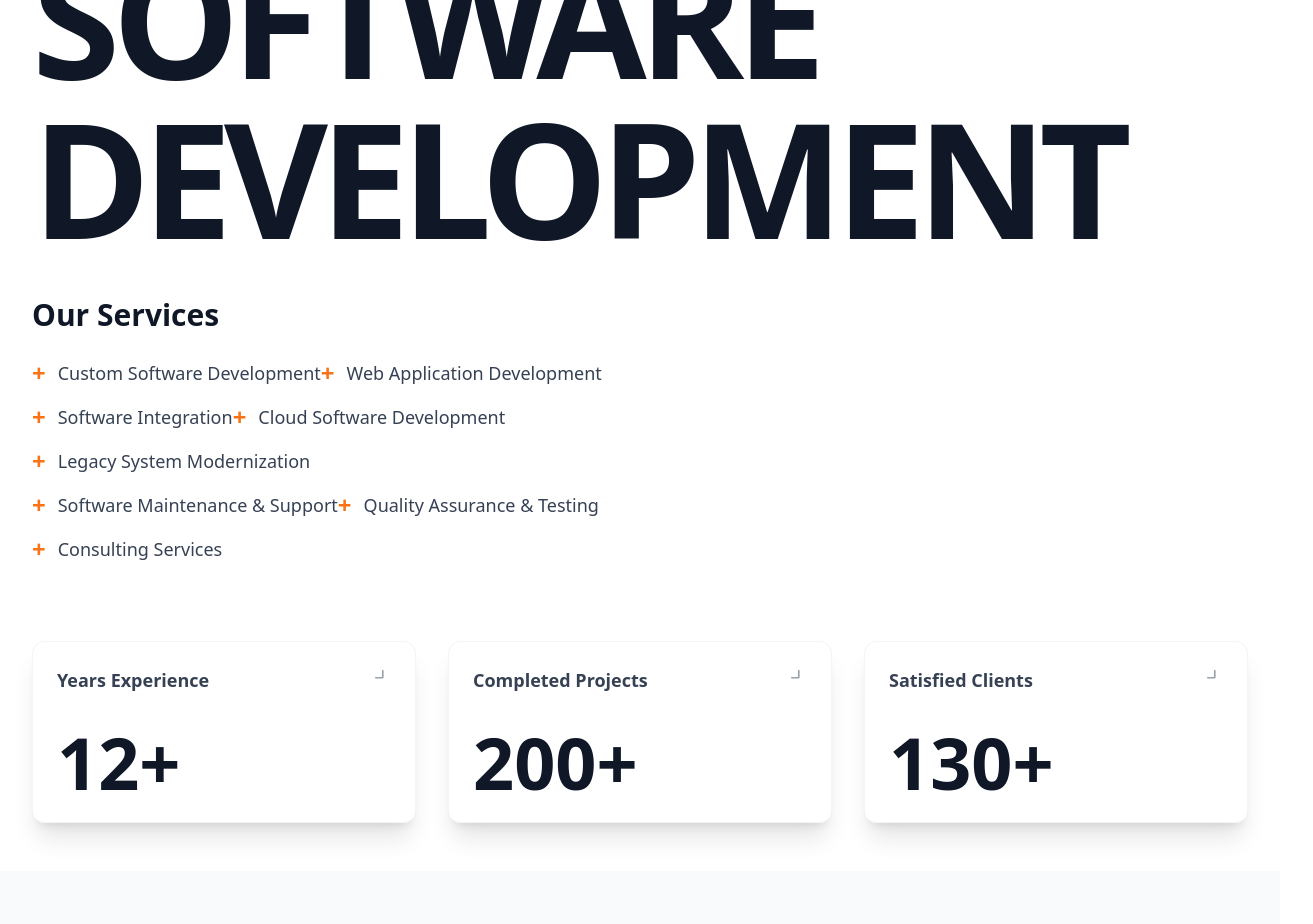
Repository: mdmuhibullahhabib/weboria
Page: /services
These files come from the project's save history. The page is drawn as it stood at one moment and after the next save; the edit follows.
The browser window is 1280 px wide. The page is 1313 px wide, so the pictures cover 1313 px, including what lies to the right of the window. The pictures show the part of the page from y = 772 to 1696 px (the page is 7751 px tall).
The project was rebuilt for these pictures with package versions that can differ from the ones it lists, and the page was loaded fresh each time. The framework's server and built-in components were replaced by stand-ins that run in the browser. Also part of the build but not shown: next.config.mjs.

Above is the page before, as saved 2025-10-05 15:22:03.

After the next save:
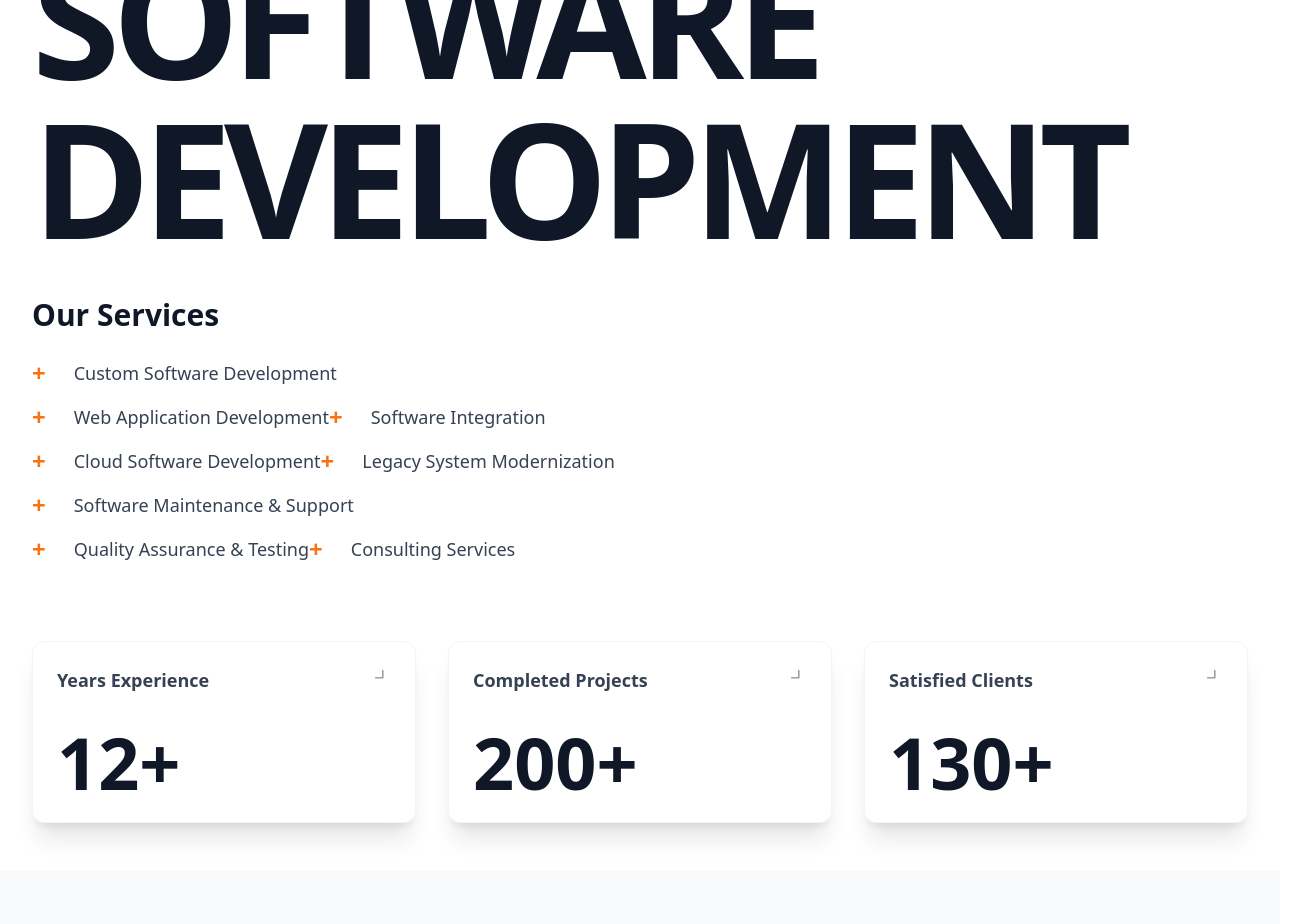
Saved 43 s later.
--- a/src/app/services/page.jsx
+++ b/src/app/services/page.jsx
@@ -78,7 +78,7 @@ export default function Service() {
 const HeroSection = () => {
   // --- ServiceListItem Component ---
  const ServiceListItem = ({ text }) => (
-  <div className="flex items-center mb-3 hover:translate-x-1 transition-transform duration-300">
+  <div className="flex items-center mb-3 gap-4 hover:translate-x-1 transition-transform duration-300">
     {/* + icon */}
     <span
       className="text-2xl font-bold mr-3 flex-shrink-0"
